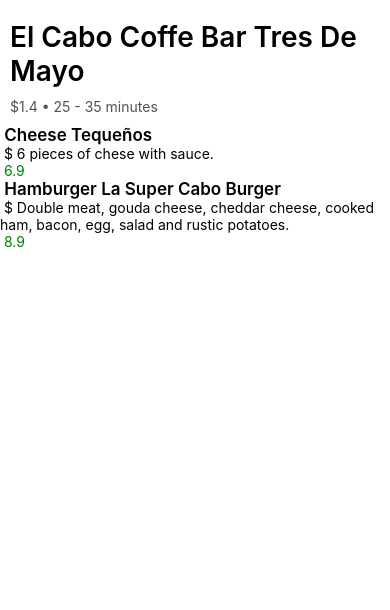
Repository: leroy-netizen/rn-uber-eats-client
Screen: /
These files come from the project's save history. The screen is drawn as it stood at one moment and after a run of saves; the edit follows.
The pictures show rows 234 to 844 of an output 844 px tall.
The app was drawn by React Native's web renderer in a window 390 px wide. The project was rebuilt for these pictures with package versions that can differ from the ones it lists, and the page was loaded fresh each time. Also part of the build but not shown: src/components/restaurantItem/RestaurantItem.jsx, src/screens/HomeScreen/index.js.

Above is the screen before, as saved 2023-01-16 16:38:20.

### App.js
import { StatusBar } from "expo-status-bar";
import { StyleSheet, Text, View, FlatList } from "react-native";
import HomeScreen from "./src/screens/HomeScreen/index.js";
import RestaurantDetails from "./src/screens/ResturantDetailsScreen/index.js";
export default function App() {
  return (
    <View style={styles.container}>
      {/* <HomeScreen /> */}
      <RestaurantDetails />
      <StatusBar style="light" />
    </View>
  );
}

const styles = StyleSheet.create({
  container: {
    flex: 1,
    backgroundColor: "#fff",
    alignItems: "center",
    justifyContent: "center",
    // padding: 10,
    // paddingVertical: 30,
  },
});

### src/screens/ResturantDetailsScreen/index.js
import { View, Text, Image, StyleSheet, FlatList } from "react-native";
import { Ionicons } from "@expo/vector-icons";
import restaurants from "../../../assets/data/restaurants.json";
import DishListItem from "../../components/DishListItem";
const restaurant = restaurants[0];
const RestaurantDetails = () => {
  return (
    <View style={styles.page}>
      <Image
        source={{ uri: restaurant.image }}
        style={styles.image}
        resizeMode="cover"
      />
      <View style={styles.iconContainer}>
        <Ionicons name="arrow-back-circle" size={35} color="white" />
      </View>
      <View style={styles.container}>
        <Text style={styles.title}>{restaurant.name}</Text>
        <Text style={styles.subtitle}>
          ${restaurant.deliveryFee} &#8226; {restaurant.minDeliveryTime} -{" "}
          {restaurant.maxDeliveryTime} minutes
        </Text>
          </View>
          <DishListItem dish={ restaurant.dishes[0]} />
          <DishListItem dish={ restaurant.dishes[1]} />
    </View>
  );
};

const styles = StyleSheet.create({
  page: {
    flex: 1,
  },
  image: {
    width: "100%",
    aspectRatio: 5 / 3,
  },
  iconContainer: {
    position: "absolute",
    top: 35,
    left: 15,
  },
  container: {
    margin: 10,
  },
  title: {
    fontWeight: "600",
    fontSize: 28,
    marginVertical: 10,
  },
  subtitle: {
    color: "#525252",
  },
});

export default RestaurantDetails;

### assets/data/restaurants.json
[
  {
    "id": "1",
    "name": "El Cabo Coffe Bar Tres De Mayo",
    "deliveryFee": 1.4,
    "minDeliveryTime": 25,
    "maxDeliveryTime": 35,
    "rating": 4.0,
    "image": "https://notjustdev-dummy.s3.us-east-2.amazonaws.com/uber-eats/restaurant1.jpeg",
    "dishes": [
      {
        "name": "Cheese Tequeños",
        "description": "6 pieces of chese with sauce.",
        "price": 6.9,
        "image": "https://notjustdev-dummy.s3.us-east-2.amazonaws.com/uber-eats/restaurant2.jpeg"
      },
      {
        "name": "Hamburger La Super Cabo Burger",
        "description": "Double meat, gouda cheese, cheddar cheese, cooked ham, bacon, egg, salad and rustic potatoes.",
        "price": 8.9,
        "image": "https://notjustdev-dummy.s3.us-east-2.amazonaws.com/uber-eats/restaurant3.jpeg"
      },
      {
        "name": "U.S.A. Burger",
        "description": "Beef, gouda cheese, cheddar cheese, cooked ham, bacon, egg and salad.",
        "price": 5.4
      },
      {
        "name": "Slices of Llanero Cheese",
        "description": "Ripe plantain with cheese and palm honey.",
        "price": 5.9
      },
      {
        "name": "Papas Locas El Cabo",
        "description": "French fries with shredded chicken, gouda cheese and ham.",
        "price": 7.9
      }
    ]
  },
  {
    "id": "2",
    "name": "Tony Roma's - C.C. Meridiano",
    "deliveryFee": 0.4,
    "minDeliveryTime": 25,
    "maxDeliveryTime": 35,
    "rating": 4.7,
    "image": "https://notjustdev-dummy.s3.us-east-2.amazonaws.com/uber-eats/restaurant2.jpeg",
    "dishes": [
      {
        "name": "Cajun Ribs",
        "description": "For lovers of a spicy touch. Ribs bathed in our Original sauce accompanied by Cajun spices. Served with French fries and coleslaw.",
        "price": 18.95
      },
      {
        "name": "The Original Baby Backs",
        "description": "The house specialty. Pork ribs cooked on the barbecue and marinated with our original barbecue sauce. Served with French fries and coleslaw.",
        "price": 19.95
      },
      {
        "name": "Carolina Honey",
        "description": "Our famous ribs marinated with our Carolina honey sauce, a mixture of honey with our original sauce. Ideal for those looking for a sweet touch. Served with French fries and coleslaw.",
        "price": 18.95,
        "image": "https://notjustdev-dummy.s3.us-east-2.amazonaws.com/uber-eats/restaurant2.jpeg"
      },
      {
        "name": "Onion Rings",
        "description": "Los tradicionales aros de cebolla de tony roma's dorados, crujientes y ligeros. Únicos en el mundo, acompañados de salsa BBQ.",
        "price": 6.95
      },
      {
        "name": "Nachos Tony Roma's",
        "description": "The best selling nachos! with our blend of melted cheeses, accompanied by guacamole, crispy bacon, ranch beans, and sour cream.",
        "price": 10.95
      }
    ]
  },
  {
    "id": "3",
    "name": "Brothers Barbecue",
    "deliveryFee": 1.4,
    "minDeliveryTime": 20,
    "maxDeliveryTime": 30,
    "rating": 4.3,
    "image": "https://notjustdev-dummy.s3.us-east-2.amazonaws.com/uber-eats/restaurant3.jpeg",
    "dishes": [
      {
        "name": "Burger Mustang",
        "description": "Homemade bread, burger sauce, lettuce, sweet and sour pickle, bacon, cheddar and BBQ sauce. Beef 180 grams.",
        "price": 5.9
      },
      {
        "name": "Alabama bread",
        "description": "Artisan bread, butter sauce, garlic, BBQ chicken and cheddar.",
        "price": 3.0
      },
      {
        "name": "New York Burger",
        "description": "Homemade bread, lettuce, burger sauce, 180 grams of beef, goat cheese and roasted apple.",
        "price": 5.9
      },
      {
        "name": "Mac & Cheese Burger",
        "description": "Homemade bread, lettuce, burger sauce, 180 grams of beef, mac and cheese, and American-style bacon.",
        "price": 5.9
      },
      {
        "name": "Nachos Brothers",
        "description": "Nachos, guacamole, cheddar sauce, beans, bacon, and cream cheese.",
        "price": 5.2
      }
    ]
  },
  {
    "id": "4",
    "name": "Hamburguesa Nostra La Salle",
    "deliveryFee": 0.9,
    "minDeliveryTime": 30,
    "maxDeliveryTime": 40,
    "rating": 4.5,
    "image": "https://notjustdev-dummy.s3.us-east-2.amazonaws.com/uber-eats/restaurant4.jpeg",
    "dishes": [
      {
        "name": "English burger",
        "description": "Beef with bacon, portobello mushrooms, tomato, cheddar cheese, grilled egg and our smoked sauce.",
        "price": 14.9
      },
      {
        "name": "Mexican Burger",
        "description": "Beef, with pico de gallo, veggie chili, cheddar cheese, guacamole and smoked sauce.",
        "price": 14.9
      },
      {
        "name": "Tequeños",
        "description": "Crispy sticks filled with melted cheese accompanied by tomato chutney.",
        "price": 9.9
      },
      {
        "name": "Starters Combo",
        "description": "Tequeños, crispy onion and chicken delicacies.",
        "price": 13.9
      },
      {
        "name": "Cesar Salad",
        "description": "Green sprouts, pieces of grilled bacon, chicken delicacies, grated Parmesan, muffin croutons and fried onion confetti dressed with Caesar sauce.",
        "price": 10.5
      }
    ]
  }
]

### src/components/DishListItem/index.js
import { View, Image, Text, FlatList, StyleSheet } from "react-native";

const DishListItem = ({ dish }) => {
  return (
    <View style={styles.container}>
      <Text style={styles.name}> {dish.name}</Text>
      <Text stle={styles.description}> $ {dish.description}</Text>
      <Text style={styles.price}> {dish.price}</Text>
    </View>
  );
};

const styles = StyleSheet.create({
  container: {
    margin: 0,
  },
  name: {
    fontSize: 17,
    fontWeight: "600",
  },
  price: {
    color: "green",
  },
  description: {
      color: "gray",
      marginVertical: 30
  },
});
export default DishListItem;

After the next 2 saves:
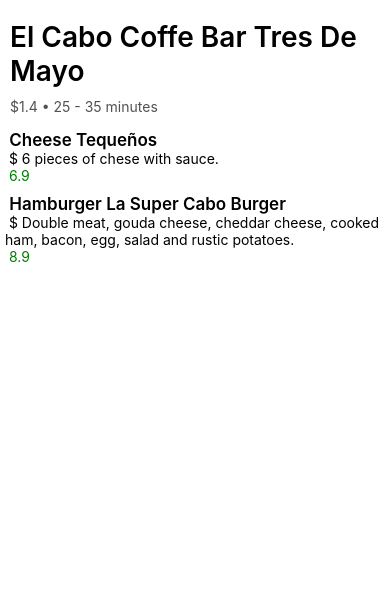
The 2 saves are shown as one change because they came seconds apart.
The last was saved 6 s later.
--- a/src/components/DishListItem/index.js
+++ b/src/components/DishListItem/index.js
@@ -12,7 +12,7 @@ const DishListItem = ({ dish }) => {
 
 const styles = StyleSheet.create({
   container: {
-    margin: 0,
+    margin: 5,
   },
   name: {
     fontSize: 17,
